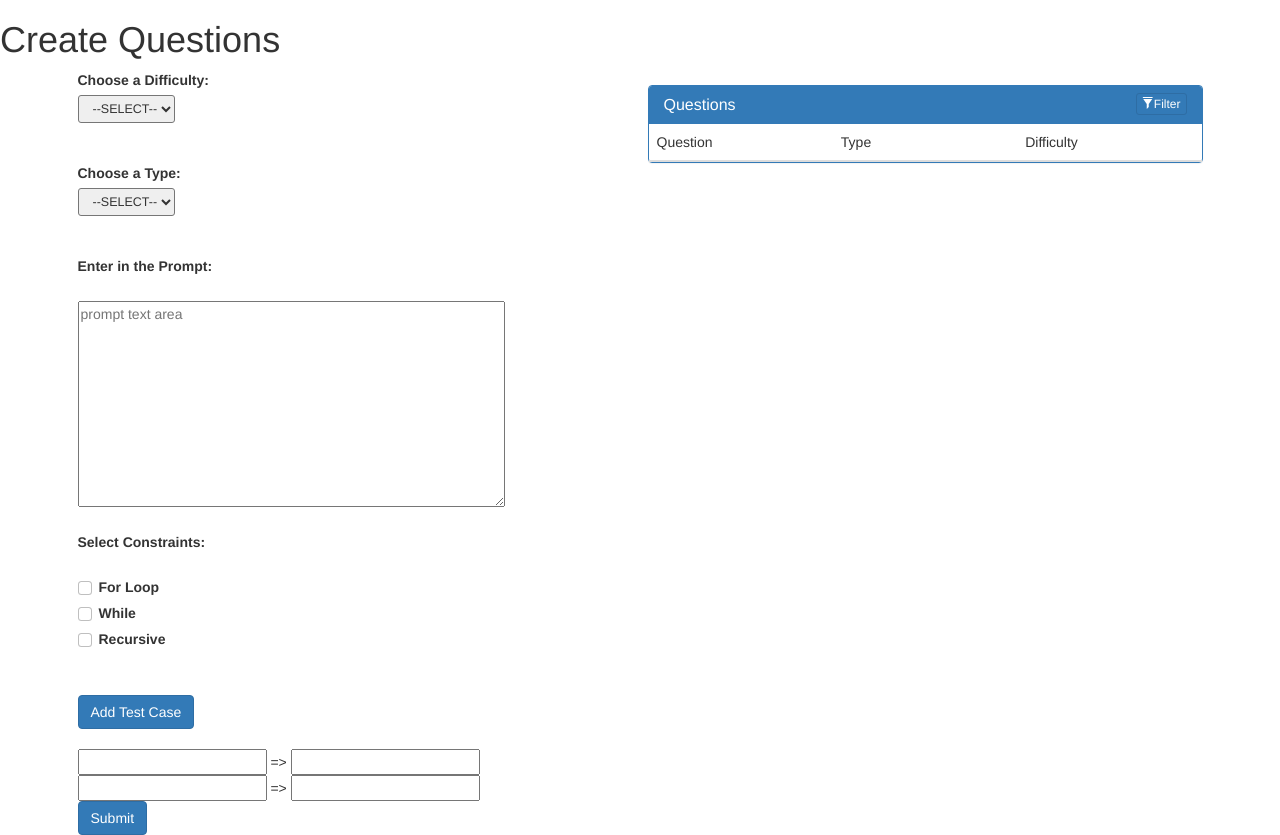
Repository: kavine24/CS490-Python-LMS
Page: html/portal/t/CreateQuestion.html
These files come from the project's save history. The page is drawn as it stood at one moment and after the next save; the edit follows.
The browser window is 1280 px wide. The pictures show the whole page.
The page's requests for data from a server got no answer. Some web libraries are served in a nearby version.

Above is the page before, as saved 2022-04-05 18:47:36.

After the next save:
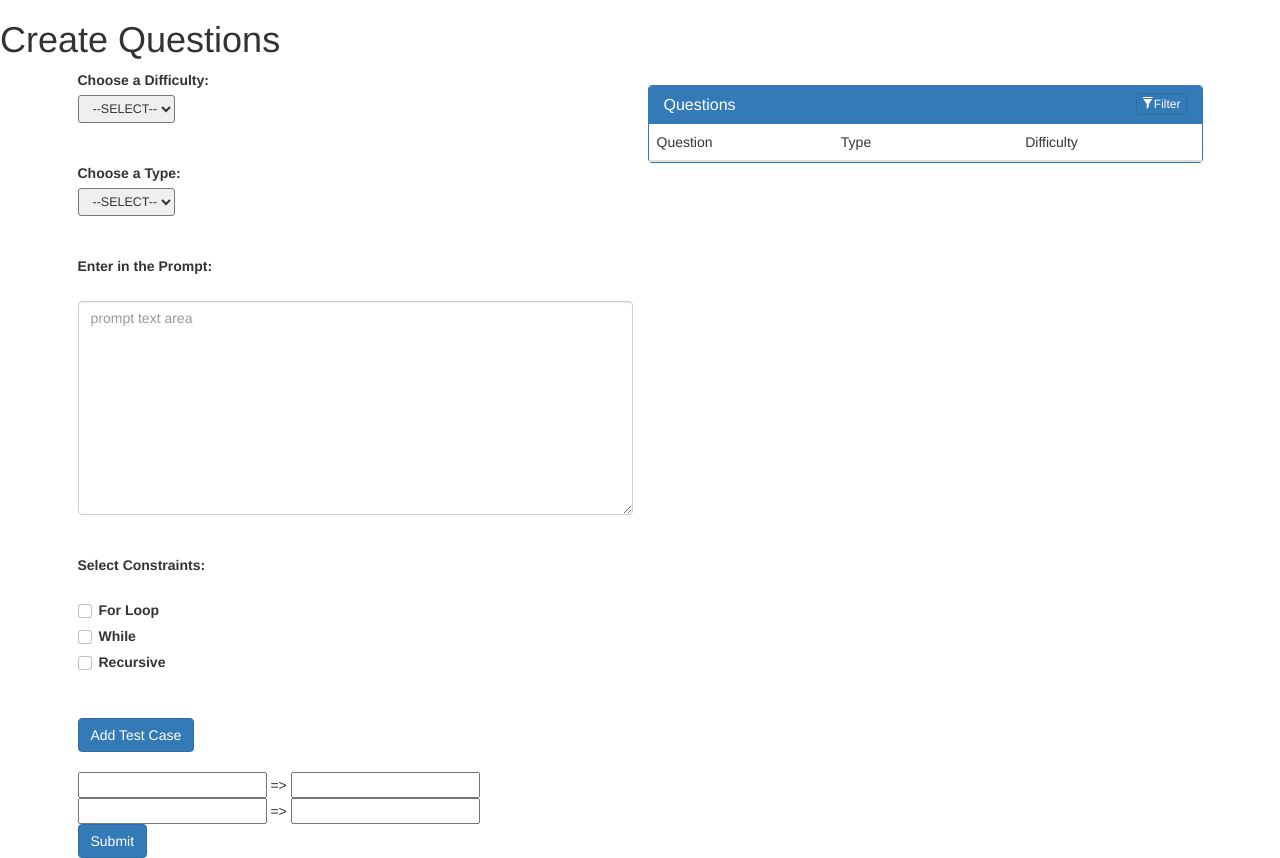
Saved 2 min 1 s later.
--- a/html/portal/t/CreateQuestion.html
+++ b/html/portal/t/CreateQuestion.html
@@ -71,7 +71,7 @@
             <!--Prompt-->
             <label for="prompt">Enter in the Prompt:</label>
             <br><br>
-            <textarea id="prompt" name="prompt" rows="10" cols="50" placeholder="prompt text area"></textarea>
+            <textarea class="form-control" id="prompt" name="prompt" rows="10" cols="50" placeholder="prompt text area"></textarea>
             <br><br>
 
             <!--Choosing Constraints-->
